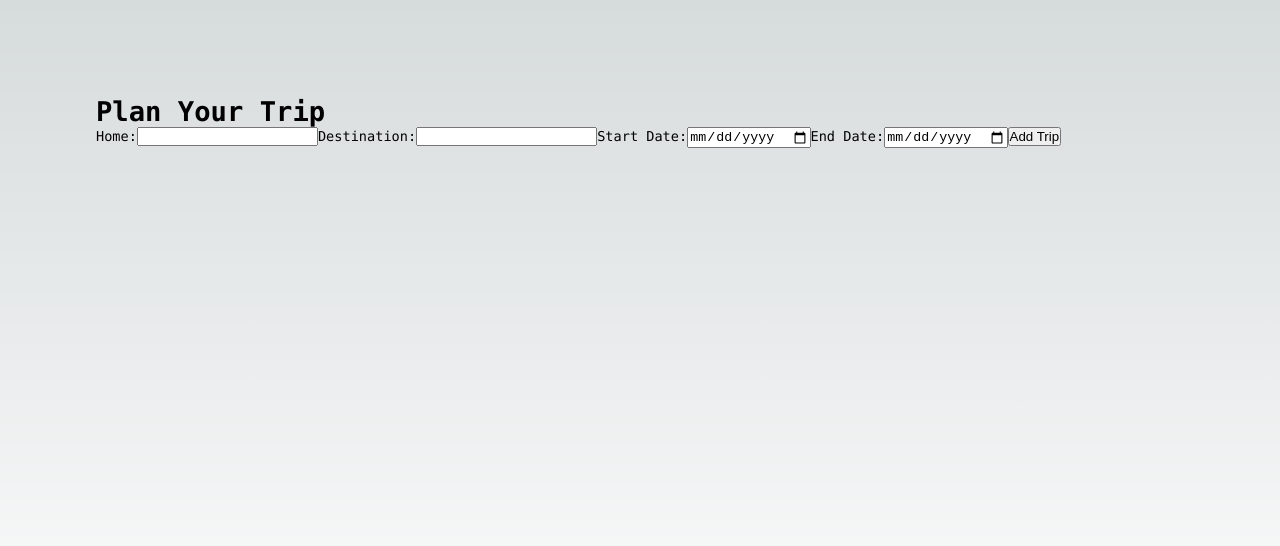
Repository: aobeid1979/reseplanerna
Page: / (app in reseplanerna/)
These files come from the project's save history. The page is drawn as it stood at one moment and after a run of saves; the edit follows.
The browser window is 1280 px wide. The pictures show the whole page.
The project was rebuilt for these pictures with package versions that can differ from the ones it lists, and the page was loaded fresh each time. The framework's server and built-in components were replaced by stand-ins that run in the browser. Also part of the build but not shown: reseplanerna/next.config.mjs, reseplanerna/src/components/RemoveTripButton/RemoveTripButton.css, reseplanerna/src/components/RemoveTripButton/RemoveTripButton.jsx, reseplanerna/src/components/UpdateTripButton/UpdateTripButton.jsx.

Above is the page before, as saved 2024-04-24 05:48:34.

### reseplanerna/src/app/page.tsx
'use client';
import Image from "next/image";
import styles from "./page.module.css";
import React from "react";
import TripForm from "../components/TripForm/TripForm";
import TripList from "../components/TripList/TripList";

export default function Home() {


  return (
    <main className={styles.main}>
      <div className={styles.description}>
        <div>
          <h1>Plan Your Trip</h1>
          <TripForm />
          <TripList />
        </div>


      </div>




    </main>
  );
}

### reseplanerna/src/components/TripForm/TripForm.jsx
import React, { useState } from 'react';

function TripForm() {
  const [home, setHome] = useState('');
  const [destination, setDestination] = useState('');
  const [startDate, setStartDate] = useState('');
  const [endDate, setEndDate] = useState('');

  const handleSubmit = (event) => {
    event.preventDefault();

    // Convert dates to JavaScript Date objects for comparison
    const start = new Date(startDate);
    const end = new Date(endDate);

    // Check if end date is after start date
    if (start >= end) {
      alert('End date must be after start date');
      return;
    }

    const trip = { home, destination, startDate, endDate };
    const storedTrips = localStorage.getItem('trips');
    const trips = storedTrips ? JSON.parse(storedTrips) : [];
    trips.push(trip);
    localStorage.setItem('trips', JSON.stringify(trips));

    console.log(`Submitting trip from ${home} to ${destination} from ${startDate} to ${endDate}`);
    setHome('');
    setDestination('');
    setStartDate('');
    setEndDate('');
  };

  return (
    <form onSubmit={handleSubmit}>
      <label>
        Home:
        <input type="text" value={home} onChange={(e) => setHome(e.target.value)} required />
      </label>
      <label>
        Destination:
        <input type="text" value={destination} onChange={(e) => setDestination(e.target.value)} required />
      </label>
      <label>
        Start Date:
        <input type="date" value={startDate} onChange={(e) => setStartDate(e.target.value)} required />
      </label>
      <label>
        End Date:
        <input type="date" value={endDate} onChange={(e) => setEndDate(e.target.value)} required />
      </label>
      <button type="submit">Add Trip</button>
    </form>
  );
}

export default TripForm;

### reseplanerna/src/components/TripList/TripList.jsx
import React, { useState, useEffect } from 'react';
import RemoveTripButton from '../RemoveTripButton/RemoveTripButton';
import UpdateTripButton from '../UpdateTripButton/UpdateTripButton';

function TripList() {
  const [trips, setTrips] = useState([]);

  useEffect(() => {
    const storedTrips = localStorage.getItem('trips');
    if (storedTrips) {
      setTrips(JSON.parse(storedTrips));
    }
  }, []);

  useEffect(() => {
    console.log(trips);
  }, [trips]);

  return (
    <div>
      {trips.map((trip, index) => (
        <div key={index}>
          <h2>{trip.destination}</h2>
          <p>From: {trip.home}</p>
          <p>{trip.startDate} - {trip.endDate}</p>
          <RemoveTripButton tripIndex={index} setTrips={setTrips} />
          <UpdateTripButton tripIndex={index} setTrips={setTrips} />
        </div>
      ))}
    </div>
  );
}

export default TripList;

### reseplanerna/src/components/TripForm/TripForm.css
/* TripForm.css */
form {
    display: flex;
    flex-direction: column;
    gap: 10px;
  }

  label {
    display: flex;
    flex-direction: column;
  }

  button {
    padding: 10px;
    background-color: #007BFF;
    color: white;
    border: none;
    border-radius: 5px;
    cursor: pointer;
  }

Loaded but not shown: reseplanerna/src/app/layout.tsx (common file); reseplanerna/src/app/globals.css (common file); reseplanerna/src/app/page.module.css (common file)

After the next 2 saves:
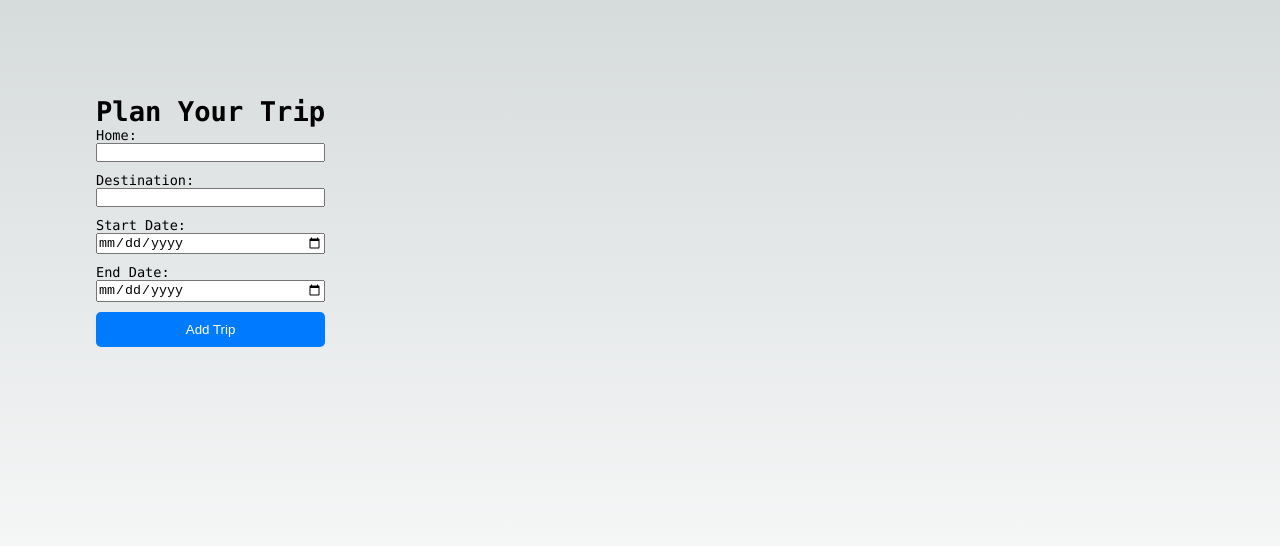
The 2 saves are shown as one change because they came seconds apart.
The last was saved 14 s later.
--- a/reseplanerna/src/components/TripForm/TripForm.jsx
+++ b/reseplanerna/src/components/TripForm/TripForm.jsx
@@ -1,4 +1,5 @@
 import React, { useState } from 'react';
+import './TripForm.css';
 
 function TripForm() {
   const [home, setHome] = useState('');
